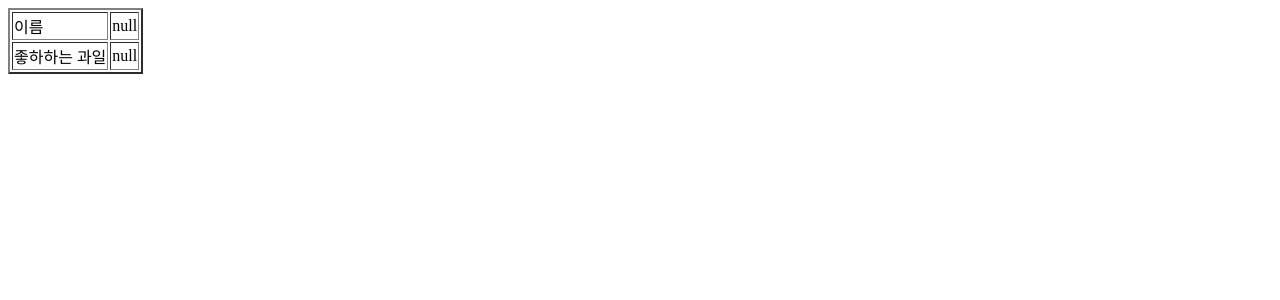
Repository: Jipumpkin/WebServer
Page: http://localhost/JSP2/result.jsp
The author's editor kept a copy of each file at every save. The page is drawn from the files as they stood at one save, then again after the next save.
The browser window is 1280 px wide. The pictures show the whole page.
The page is served by Tomcat 9.

Above is the page before, as saved 2024-08-07 02:49:58.

### JSP2/src/main/webapp/result.jsp
<%@ page language="java" contentType="text/html; charset=EUC-KR"
    pageEncoding="EUC-KR"%>
<!DOCTYPE html>
<html>
<head>
<meta charset="EUC-KR">
<title>Insert title here</title>
</head>
<body>

<%
    request.setCharacterEncoding("EUC-KR");
%>

	<table border="2px solid">
		<tr>
			<td>이름</td>
			<td><%= request.getParameter("name") %></td>
		</tr>
		<tr>
			<td>좋하하는 과일</td>
			<td><%= request.getParameterValues("fruit") %></td>
		</tr>
	</table>

</body>
</html>

After the next save:
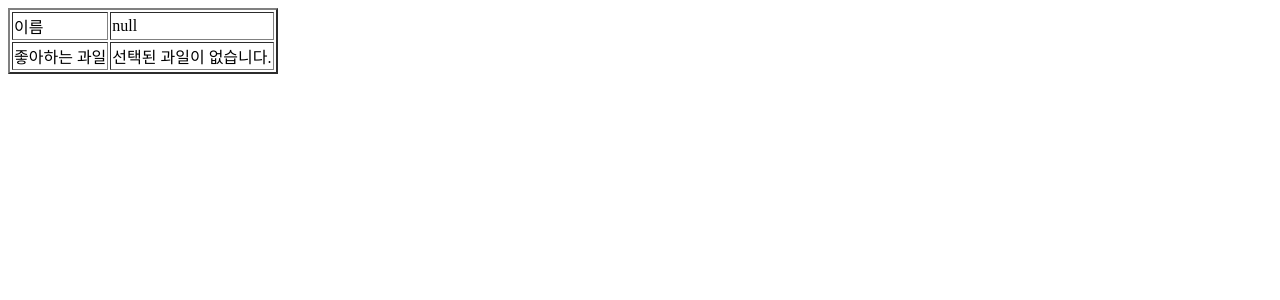
Saved 23 s later.
--- a/JSP2/src/main/webapp/result.jsp
+++ b/JSP2/src/main/webapp/result.jsp
@@ -1,27 +1,42 @@
-<%@ page language="java" contentType="text/html; charset=EUC-KR"
-    pageEncoding="EUC-KR"%>
+<%@ page language="java" contentType="text/html; charset=EUC-KR" pageEncoding="EUC-KR"%>
 <!DOCTYPE html>
 <html>
 <head>
 <meta charset="EUC-KR">
-<title>Insert title here</title>
+<title>결과</title>
 </head>
 <body>
 
 <%
-    request.setCharacterEncoding("EUC-KR");
+    request.setCharacterEncoding("EUC-KR"); // 폼 데이터 인코딩 설정
+
+    // "name" 파라미터 값을 가져옴
+    String name = request.getParameter("name");
+
+    // "fruit" 파라미터 값을 배열로 가져옴
+    String[] fruits = request.getParameterValues("fruit");
 %>
 
-	<table border="2px solid">
-		<tr>
-			<td>이름</td>
-			<td><%= request.getParameter("name") %></td>
-		</tr>
-		<tr>
-			<td>좋하하는 과일</td>
-			<td><%= request.getParameterValues("fruit") %></td>
-		</tr>
-	</table>
+    <table border="2">
+        <tr>
+            <td>이름</td>
+            <td><%= name %></td>
+        </tr>
+        <tr>
+            <td>좋아하는 과일</td>
+            <td>
+                <%
+                    if (fruits != null && fruits.length > 0) {
+                        for (String fruit : fruits) {
+                            out.print(fruit + " ");
+                        }
+                    } else {
+                        out.print("선택된 과일이 없습니다.");
+                    }
+                %>
+            </td>
+        </tr>
+    </table>
 
 </body>
 </html>
